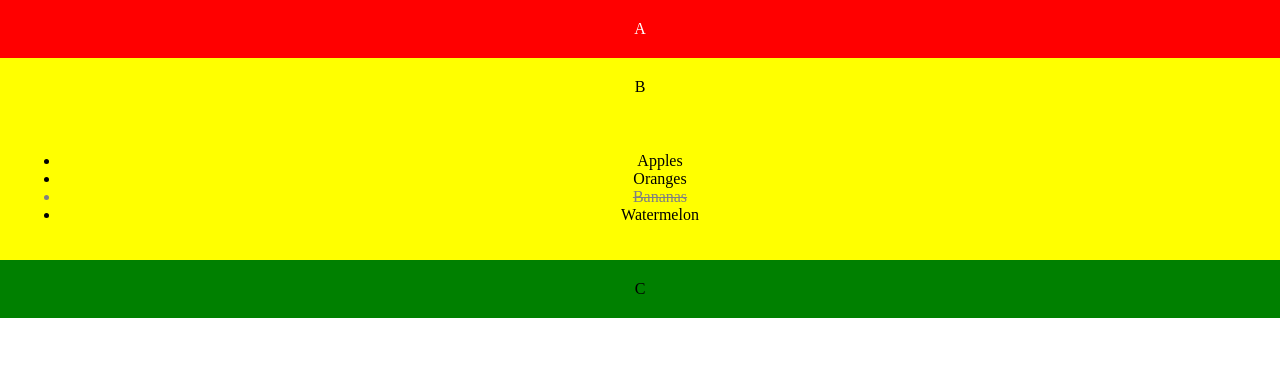
Repository: zdsherlock/Test-for-js
Page: index.html
An editor plug-in stored every save of this project. The page is shown before and after the next save, followed by the edit.
The browser window is 1280 px wide. The pictures show the whole page.

Above is the page before, as saved 2021-03-28 15:33:33.

After the next save:
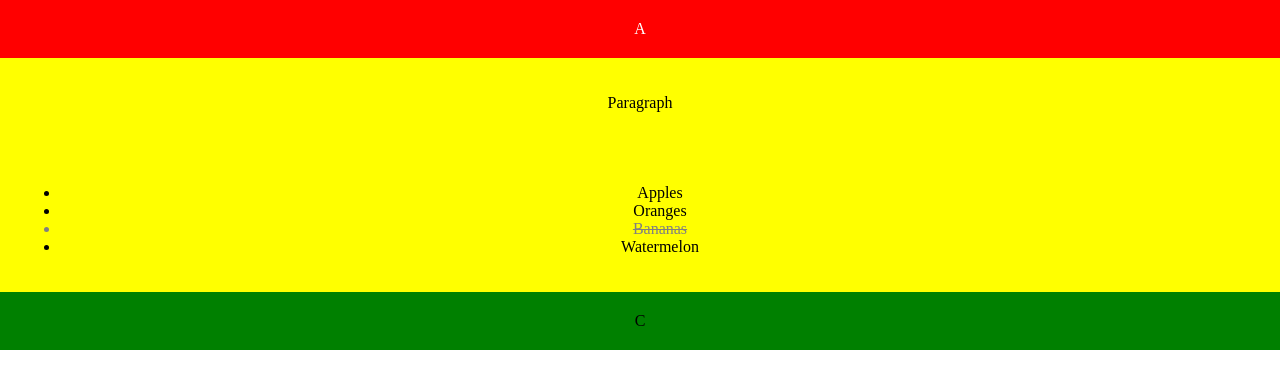
Saved 17 s later.
--- a/index.html
+++ b/index.html
@@ -8,7 +8,9 @@
     </head>
     <body>
         <header>A</header>
-        <section class="paragraph">B</section>
+        <section class="paragraph">
+            <p>Paragraph</p>
+        </section>
         <section class="list">
             <ul>
                 <li>Apples</li>
